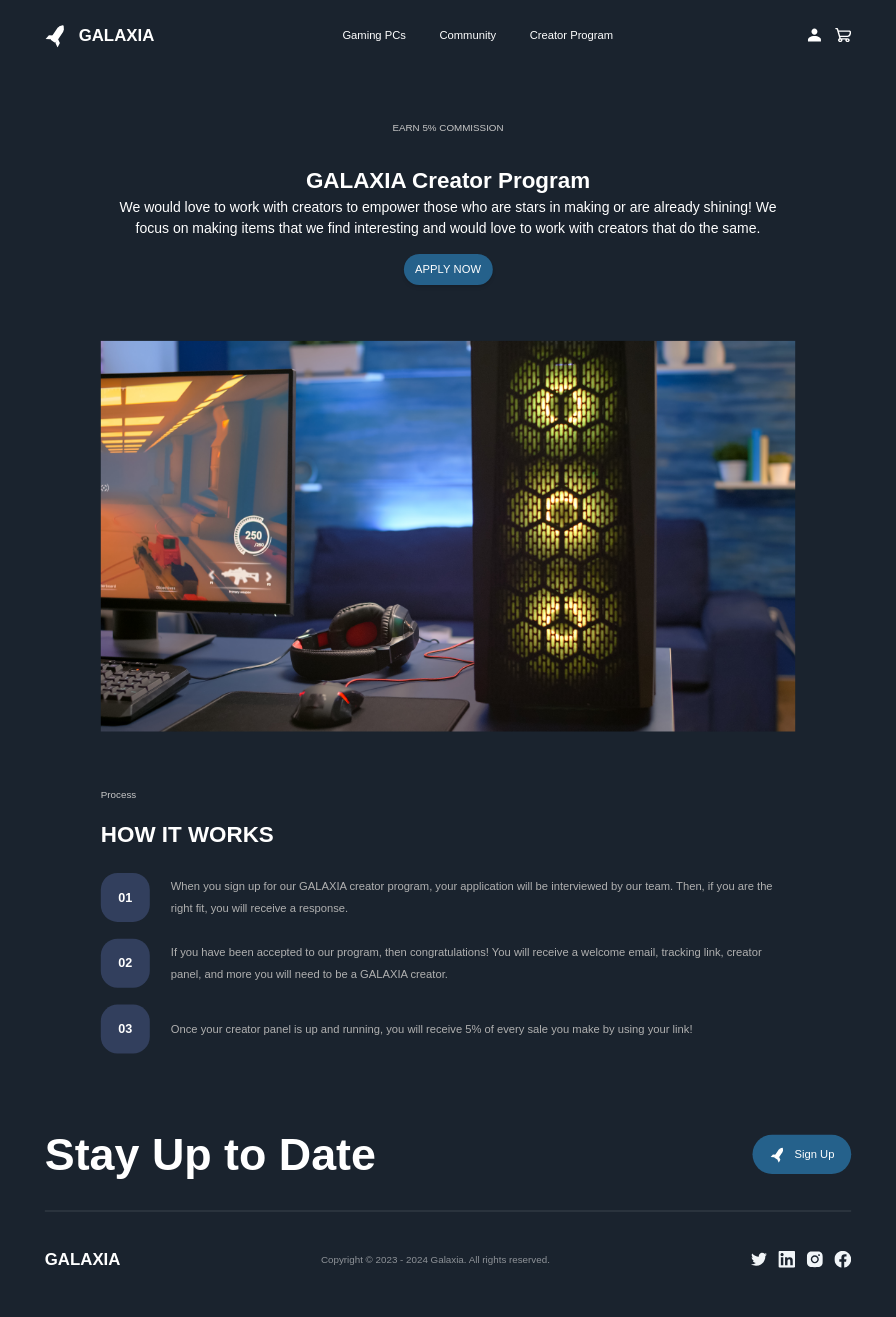
Repository: kaitlynlie/galaxia_pcs
Page: /creator
These files come from the project's save history. The page is drawn as it stood at one moment and after a run of saves; the edit follows.
The browser window is 1280 px wide. The pictures show the whole page, at 70% of full size.
Some web fonts or font styles are not loaded; a fallback is used. The project was rebuilt for these pictures with package versions that can differ from the ones it lists, and the page was loaded fresh each time. Also part of the build but not shown: vite.config.js, components/Button.jsx, components/PCcard.jsx, sections/Hero.jsx, sections/Triton.jsx, sections/Neptune.jsx, sections/Jupiter.jsx, sections/WhyUs.jsx and 7 more. Imported but missing from the stored project, and not drawn on this page: src/assets/video.mp4.

Above is the page before, as saved 2023-08-08 18:42:59.

### index.html
<!DOCTYPE html>
<html lang="en">
  <head>
    <meta charset="UTF-8" />
    <link rel="icon" type="image/svg+xml" href="/logo.svg" />
    <link rel="preconnect" href="https://stijndv.com" />
    <link rel="stylesheet" href="https://stijndv.com/fonts/Eudoxus-Sans.css" />
    <meta name="viewport" content="width=device-width, initial-scale=1.0" />
    <title>GALAXIA</title>
  </head>
  <body>
    <div id="root"></div>
    <script type="module" src="/src/main.jsx"></script>
  </body>
</html>

### src/main.jsx
import React from 'react'
import App from './App.jsx'
import ReactDOM from 'react-dom';
import { BrowserRouter } from 'react-router-dom';


ReactDOM.render(
  <BrowserRouter>
    <App />
  </BrowserRouter>,
  document.getElementById('root'),
);

### src/App.jsx
import Navbar from '../components/Navbar'
import Home from '../pages/Home'
import Community from '../pages/Community'
import Creator from '../pages/Creator'
import PCs from '../pages/PCs'
import { Route, Routes } from 'react-router-dom'
import React from 'react'
import '../styles/globals.css'

function App() {

  return (
    <>
    <div className='bg-primary-black overflow-hidden'>
      <Navbar />
      <Routes>
        <Route index path="/" element={<Home />} />
        <Route path="pc" element={<PCs />} />
        <Route path="community" element={<Community />} />
        <Route path="creator" element={<Creator />} />
      </Routes>
     </div>
    </>
  )
}

export default App

### components/Navbar.jsx
import { motion } from "framer-motion";
import styles from '../styles'
import { navVariants, textVariant } from '../utils/motion'
import { useState } from "react";
import { RiMenu3Line, RiCloseLine } from 'react-icons/ri';
import { Link } from 'react-router-dom'
import React from 'react'

const Navbar = () => {
  const [toggleMenu, setToggleMenu] = useState(false);

  const [nav, setNav] = useState(false);

  const openNav = () => {
    setNav(!nav);
  };

  return(
   <motion.nav
    variants={navVariants}
    initial="show"
    whileInView="show"
    viewport={{ once: false, amount: 0.25 }}
    className={`${styles.xPaddings} py-8 relative`}
  >
    <div className={`${styles.innerWidth} mx-auto flex justify-between gap-8 inline-block`}>
      <div className="flex flex-row gap-4">
        <img
          src='./logo.svg'
          alt='logo'
          />
          <Link onClick={openNav} to="/"><motion.h1 variants={textVariant(1.1)} className="flex text-white font-bold text-[24px]">
            <a>GALAXIA</a>
          </motion.h1></Link>
      </div>

      <ul className='flex justify-center items-center text-white max-[880px]:hidden block'>
        <Link onClick={openNav} to='/pc'><li className="mr-12"><a>Gaming PCs</a></li></Link>
        <Link onClick={openNav} to='/community'><li className="mr-12"><a>Community</a></li></Link>
        <Link onClick={openNav} to='/creator'><li><a>Creator Program</a></li></Link>
      </ul>

      <div className="relative ml-1 pointer max-[880px]:block hidden z-10">
        {toggleMenu
          ? <RiCloseLine color="#fff" size={27} onClick={() => setToggleMenu(false)} />
          : <RiMenu3Line color="#fff" size={27} onClick={() => setToggleMenu(true)} />}
        {toggleMenu && (
        <div className="flex justify-end items-end flex-col text-end bg-[#026884ce] p-3 absolute top-[40px] right-[10px] mt-1 rounded-[5px] shadow z-10">
          <div className="none">
            <ul className='flex justify-end items-end flex-col text-white text-end p-1'>
              <Link onClick={openNav} to='/pc'><li><a>Gaming PCs</a></li></Link>
              <Link onClick={openNav} to='/community'><li className="mt-2 pointer"><a>Community</a></li></Link>
              <Link onClick={openNav} to='/creator'><li className="mt-2 pointer"><a>Creator Program</a></li></Link>
            </ul>
          </div>
        </div>
        )}
        </div>

        <div className="flex flex-row gap-4 items-center max-[880px]:hidden block">
        <img
          src='./user.svg'
          alt='user'
        />
        <img
          src='./cart.svg'
          alt='cart'
        />
      </div>
      </div>

  </motion.nav>
  );
};

export default Navbar;

### pages/Creator.jsx
import React from 'react'
import { Footer } from '../components'
import Program from '../sections/Program'

const Creator = () => {
  return (
    <div className='bg-primary-black overflow-hidden'>
      <div className='relative'>
        <Program />
        <Footer />
      </div>
    </div>
  )
}

export default Creator

### styles/globals.css
@import "tailwindcss/base";

@import "tailwindcss/components";

@import "tailwindcss/utilities";

* {
  margin: 0;
  padding: 0;
  box-sizing: border-box;
  font-family: "Eudoxus Sans", sans-serif;
  scroll-behavior: smooth;
}

.gradient-01 {
  background-image: linear-gradient(
    270deg,
    hsl(295deg 76% 51%) 0%,
    hsl(284deg 70% 73%) 26%,
    hsl(257deg 70% 86%) 39%,
    hsl(202deg 92% 90%) 50%,
    hsl(215deg 77% 81%) 61%,
    hsl(221deg 73% 70%) 74%,
    hsl(220deg 76% 51%) 100%
  );
  filter: blur(125px);
}

.hero-gradient {
  background: linear-gradient(
    97.86deg,
    #a509ff 0%,
    #34acc7 53.65%,
    #a134c7 100%
  );
}

.gradient-02 {
  position: absolute;
  width: 200px;
  height: 438px;
  top: 0px;
  right: 0px;

  background: #7aebfb;
  filter: blur(190px);
}

.glassmorphism {
  background: rgba(255, 255, 255, 0.25);
  box-shadow: 0 8px 32px 0 rgba(31, 38, 135, 0.37);
  backdrop-filter: blur(4px);
  -webkit-backdrop-filter: blur(4px);
  border: 1px solid rgba(255, 255, 255, 0.18);
}

.gradient-03 {
  position: absolute;
  width: 404px;
  height: 800px;
  left: 20%;
  top: 5%;

  background: rgba(149, 66, 232, 0.35);
  filter: blur(175px);
  transform: rotate(-114.2deg);
}

.gradient-04 {
  position: absolute;
  width: 304px;
  height: 100vh;
  left: 30%;
  top: 10%;

  background: rgba(45, 72, 152, 0.75);
  filter: blur(200px);
  transform: rotate(-53.13deg);
}

.gradient-05 {
  background: linear-gradient(
    180deg,
    rgba(255, 255, 255, 0.04) 0%,
    rgba(255, 255, 255, 0) 100%
  );
}

.feedback-gradient {
  position: absolute;
  width: 200px;
  height: 316px;
  left: 0px;
  top: 0px;

  background: #8d39a3;
  filter: blur(175px);
}

.footer-gradient {
  position: absolute;
  width: 500px;
  height: 100px;
  left: 37%;
  bottom: 0;

  background: #65c4fa;
  filter: blur(150px);
}

.object {
  animation: MoveUpDown 4s linear infinite;
  position: relative;
  left: 0;
  bottom: 0;
}

@keyframes MoveUpDown {
  0%, 100% {
    bottom: 0;
  }
  50% {
    bottom: 100px;
  }
}

### styles/index.js
const styles = {
    innerWidth: '2xl:max-w-[1280px] w-full',
    interWidth: 'lg:w-[80%] w-[100%]',

    paddings: 'sm:p-16 xs:p-8 px-6 py-12',
    yPaddings: 'sm:py-16 xs:py-8 py-12',
    xPaddings: 'sm:px-16 px-6',
    topPaddings: 'sm:pt-16 xs:pt-8 pt-12',
    bottomPaddings: 'sm:pb-16 xs:pb-8 pb-12',

    flexCenter: 'flex justify-center items-center',
    flexStart: 'flex justify-start items-start',
    flexEnd: 'flex justify-end',
    navPadding: 'pt-[98px]',

    // hero section
    heroHeading:
        'font-bold lg:text-[144px] md:text-[100px] sm:text-[60px] text-[44px] lg:leading-[158.4px] md:leading-[114.4px] sm:leading-[74.4px] leading-[64.4px] uppercase text-white',
    heroDText:
        'md:w-[212px] sm:w-[80px] w-[60px] md:h-[108px] sm:h-[48px] h-[38px] md:border-[18px] border-[9px] rounded-r-[50px] border-white sm:mx-2 mx-[6px]',
  };

  export default styles;

### utils/motion.js
export const navVariants = {
  hidden: {
    opacity: 0,
    y: -50,
    transition: {
      type: 'spring',
      stiffness: 300,
      damping: 140,
    },
  },
  show: {
    opacity: 1,
    y: 0,
    transition: {
      type: 'spring',
      stiffness: 80,
      delay: 1,
    },
  },
};

export const slideIn = (direction, type, delay, duration) => ({
  hidden: {
    x: direction === 'left' ? '-100%' : direction === 'right' ? '100%' : 0,
    y: direction === 'up' ? '100%' : direction === 'down' ? '100%' : 0,
  },
  show: {
    x: 0,
    y: 0,
    transition: {
      type,
      delay,
      duration,
      ease: 'easeOut',
    },
  },
});

export const staggerContainer = (staggerChildren, delayChildren) => ({
  hidden: {},
  show: {
    transition: {
      staggerChildren,
      delayChildren,
    },
  },
});

export const textVariant = (delay) => ({
  hidden: {
    y: 50,
    opacity: 0,
  },
  show: {
    y: 0,
    opacity: 1,
    transition: {
      type: 'spring',
      duration: 1.25,
      delay,
    },
  },
});

export const textContainer = {
  hidden: {
    opacity: 0,
  },
  show: (i = 1) => ({
    opacity: 1,
    transition: { staggerChildren: 0.1, delayChildren: i * 0.1 },
  }),
};

export const textVariant2 = {
  hidden: {
    opacity: 0,
    y: 20,
  },
  show: {
    opacity: 1,
    y: 0,
    transition: {
      type: 'tween',
      ease: 'easeIn',
    },
  },
};

export const fadeIn = (direction, type, delay, duration) => ({
  hidden: {
    x: direction === 'left' ? 100 : direction === 'right' ? -100 : 0,
    y: direction === 'up' ? 100 : direction === 'down' ? -100 : 0,
    opacity: 0,
  },
  show: {
    x: 0,
    y: 0,
    opacity: 1,
    transition: {
      type,
      delay,
      duration,
      ease: 'easeOut',
    },
  },
});

export const planetVariants = (direction) => ({
  hidden: {
    x: direction === 'left' ? '-100%' : '100%',
    rotate: 120,
  },
  show: {
    x: 0,
    rotate: 0,
    transition: {
      type: 'spring',
      duration: 1.8,
      delay: 0.5,
    },
  },
});

export const zoomIn = (delay, duration) => ({
  hidden: {
    scale: 0,
    opacity: 0,
  },
  show: {
    scale: 1,
    opacity: 1,
    transition: {
      type: 'tween',
      delay,
      duration,
      ease: 'easeOut',
    },
  },
});

export const footerVariants = {
  hidden: {
    opacity: 0,
    y: 50,
    transition: {
      type: 'spring',
      stiffness: 300,
      damping: 140,
    },
  },
  show: {
    opacity: 1,
    y: 0,
    transition: {
      type: 'spring',
      stiffness: 80,
      delay: 0.5,
    },
  },
};

### components/index.js
import Navbar from './Navbar';
import { TypingText, TitleText } from './CustomTexts';
import PCcard from './PCcard';
import WhyFeatures from './WhyFeatures';
import Footer from './Footer';
import Button from './Button';

export {
  Navbar,
  TitleText,
  TypingText,
  WhyFeatures,
  PCcard,
  Footer,
  Button,
};

### sections/Program.jsx
import React from 'react'
import { motion } from 'framer-motion'
import { Button, TypingText, WhyFeatures, TitleText } from '../components'
import styles from '../styles'
import { creators } from '../constants'

const Program = () => {
  return (
    <section className={`${styles.xPaddings} relative z-10 py-8 flex flex-col justify-center items-center mt-10`}>
      <div className={`${styles.innerWidth} md:px-[100px] mb-0 items-center flex-col flex justify-center`}>
          <TypingText title='EARN 5% COMMISSION' textStyles='text-center' />
          <div className="font-normal text-center text-secondary-white mt-10 flex-col flex flex-center items-center justify-center">
              <span className="font-extrabold text-white sm:text-[32px] text-[20px]">GALAXIA Creator Program</span>
              <p className="text-[20px] text-white">We would love to work with creators to empower those who are stars in making or are already shining! We focus on making items that we find interesting and would love to work with creators that do the same.</p>
            <button
                type="button"
                className="flex w-[127px] h-[44px] mt-[22px] items-center justify-center gap-[12px] bg-[#25618B] text-white text-[16px] rounded-[32px] pointer tracking-[0.08px] shrink-0 shadow-md transition-transform duration-300 hover:scale-105 hover:shadow-lg"
                >APPLY NOW
            </button>
        </div>
        </div>

        <div
          className="flex justify-center items-center flex-col mt-20 max-[549px]:px-0 px-20 relative">
            <img
                src='/creator.jpg'
                alt='creator'
            />
            <div className='mt-20'>
                <TypingText title="Process" />
                <TitleText title={<>HOW IT WORKS</>} />
                <div className="mt-[31px] flex flex-wrap items-center gap-[24px]">
                {creators.map((feature) => (
                <WhyFeatures key={feature.subtitle} {...feature} />
                ))}
            </div>
        </div>
        </div>
    </section>
  )
}

export default Program

### components/CustomTexts.jsx
'use client';

import { motion } from "framer-motion";
import { textContainer, textVariant2 } from '../utils/motion'

export const TypingText = ({ title, textStyles}) => (
  <motion.p
    variants={textContainer}
    className={`font-normal text-[14px] text-secondary-white ${textStyles}`}
  >
    {Array.from(title).map((letter, index) => (
      <motion.span variants={textVariant2} key={index}>
        {letter === ' ' ? '\u00A0' : letter}
      </motion.span>
    ))}
  </motion.p>
);

export const TitleText = ({ title, textStyles}) => (
  <motion.h2
    variants={textVariant2}
    initial='hidden'
    whileInView='show'
    className={`mt-[22px] font-bold text-[32px] text-white ${textStyles}`}>
      {title}
  </motion.h2>
);

### components/WhyFeatures.jsx
import styles from "../styles";

const WhyFeatures = ({ number, subtitle
}) => (
  <div className={`${styles.flexCenter} flex-row`}>
    <div className={`${styles.flexCenter} w-[70px] h-[70px] rounded-[24px] bg-[#323f5d]`}>
      <p className="font-bold text-[18px] text-white">0{number}</p>
    </div>
    <p className="flex-1 ml-[30px] font-normal text-[16px] text-[#B0B0B0] leading-[32px]">{subtitle}</p>
  </div>
);

export default WhyFeatures;

### components/Footer.jsx
'use client';
import { motion } from "framer-motion";
import { socials } from "../constants";
import styles from "../styles";
import { footerVariants } from "../utils/motion";

const Footer = () => (
  <motion.footer
    variants={footerVariants}
    initial='show'
    whileInView='show'
    viewport={{ once: true, amount: 0.25 }}
    className={`${styles.paddings} py-8 relative`}>
    {/* <div className="footer-gradient" /> */}
    <div className={`${styles.innerWidth} mx-auto flex flex-col gap-8`}>
      <div className="flex items-center sm:justify-between flex-wrap gap-5">
        <h4 className="font-bold md:text-[64px] text-[44px] text-white">Stay Up to Date</h4>
        <button type="button" className="flex items-center h-fit py-4 px-6 bg-[#25618b] rounded-[32px] gap-[12px]">
          <img src='/logo.svg' alt='logo' className="w-[24px] h-[24px] object-contains"/>
          <span className="font-normal text-[16px] text-white">Sign Up</span>
        </button>
      </div>

      <div className="flex flex-col">
        <div className="mb-[50px] h-[2px] bg-white opacity-10"/>
        <div className="flex items-center justify-between flex-wrap gap-4">
          <h4 className="font-extrabold text-[24px] text-white">GALAXIA</h4>
          <p className="font-normal text-[14px] text-white opacity-50">
          Copyright © 2023 - 2024 Galaxia. All rights reserved.
          </p>
          <div className="flex gap-4">
            {socials.map((social) => (
              <img
                key={social.name}
                src={social.url}
                alt={social.name}
                className="w-[24px] h-[24px] object-contain cursor-pointer" />
            ))}
          </div>
        </div>
      </div>
    </div>
  </motion.footer>
);

export default Footer;

### constants/index.js
export const neptuneSet = [
  {
    imgUrl: '/pc3.png',
    title: 'THALASSA',
    price: '$1,099.99 USD',
    xprice: '$1,299.99 USD',
  },
  {
    imgUrl: '/pc2.png',
    title: 'NEREID',
    price: '$1,399.99 USD',
    xprice: '$1,699.99 USD',
  },
  {
    imgUrl: '/pc1.png',
    title: 'TRITON',
    price: '$1,599.99 USD',
    xprice: '$1,999.99 USD'
  }
];

export const jupiterSet = [
  {
    imgUrl: '/pc4.png',
    title: 'EUROPA',
    price: '$2,499.99 USD',
    xprice: '$2,699.99 USD',
  },
  {
    imgUrl: '/pc5.png',
    title: 'CALLISTO',
    price: '$2,599.99 USD',
    xprice: '$2,799.99 USD',
  },
  {
    imgUrl: '/pc6.png',
    title: 'GANYMEDE',
    price: '$2,799.99 USD',
    xprice: '$2,999.99 USD'
  }
]

export const whyUs = [
  {
    number: 1,
    subtitle: 'Built with the highest quality of materials, Galaxia hand builds and ships worldwide, delivering with a white glove service.'
  },
  {
    number: 2,
    subtitle: 'We offer a 1 year full parts and labor warranty in case anything happens, so you can spend your time having fun instead fo worrying.'
  },
  {
    number: 3,
    subtitle: 'We are not lying when we say we have the highest performing PCs in the galaxy, with quality parts and expert craftmanship for the best experience.'
  }
]

export const creators = [
  {
    number: 1,
    subtitle: 'When you sign up for our GALAXIA creator program, your application will be interviewed by our team. Then, if you are the right fit, you will receive a response.'
  },
  {
    number: 2,
    subtitle: 'If you have been accepted to our program, then congratulations! You will receive a welcome email, tracking link, creator panel, and more you will need to be a GALAXIA creator.'
  },
  {
    number: 3,
    subtitle: 'Once your creator panel is up and running, you will receive 5% of every sale you make by using your link!'
  }
]

export const socials = [
  {
    name: 'twitter',
    url: '/twitter.svg',
  },
  {
    name: 'linkedin',
    url: '/linkedin.svg',
  },
  {
    name: 'instagram',
    url: '/instagram.svg',
  },
  {
    name: 'facebook',
    url: '/facebook.svg',
  },
];

### tailwind.config.js
/** @type {import('tailwindcss').Config} */
module.exports = {
  content: [
    "./src/**/*.{html,js,jsx}",
    './pages/**/*.{html,js,jsx}',
    './components/**/*.{html,js,jsx}',
    './sections/**/*.{html,js,jsx}',
    './styles/**/*.{js,jsx}',
  ],
  mode: 'jit',
  theme: {
    extend: {
      colors: {
        'primary-black': '#1A232E',
        'secondary-white': '#c7c7c7',
      },
      transitionTimingFunction: {
        'out-flex': 'cubic-bezier(0.05, 0.6, 0.4, 0.9)',
      },
    },
  },
  plugins: [],
};

After the next 4 saves:
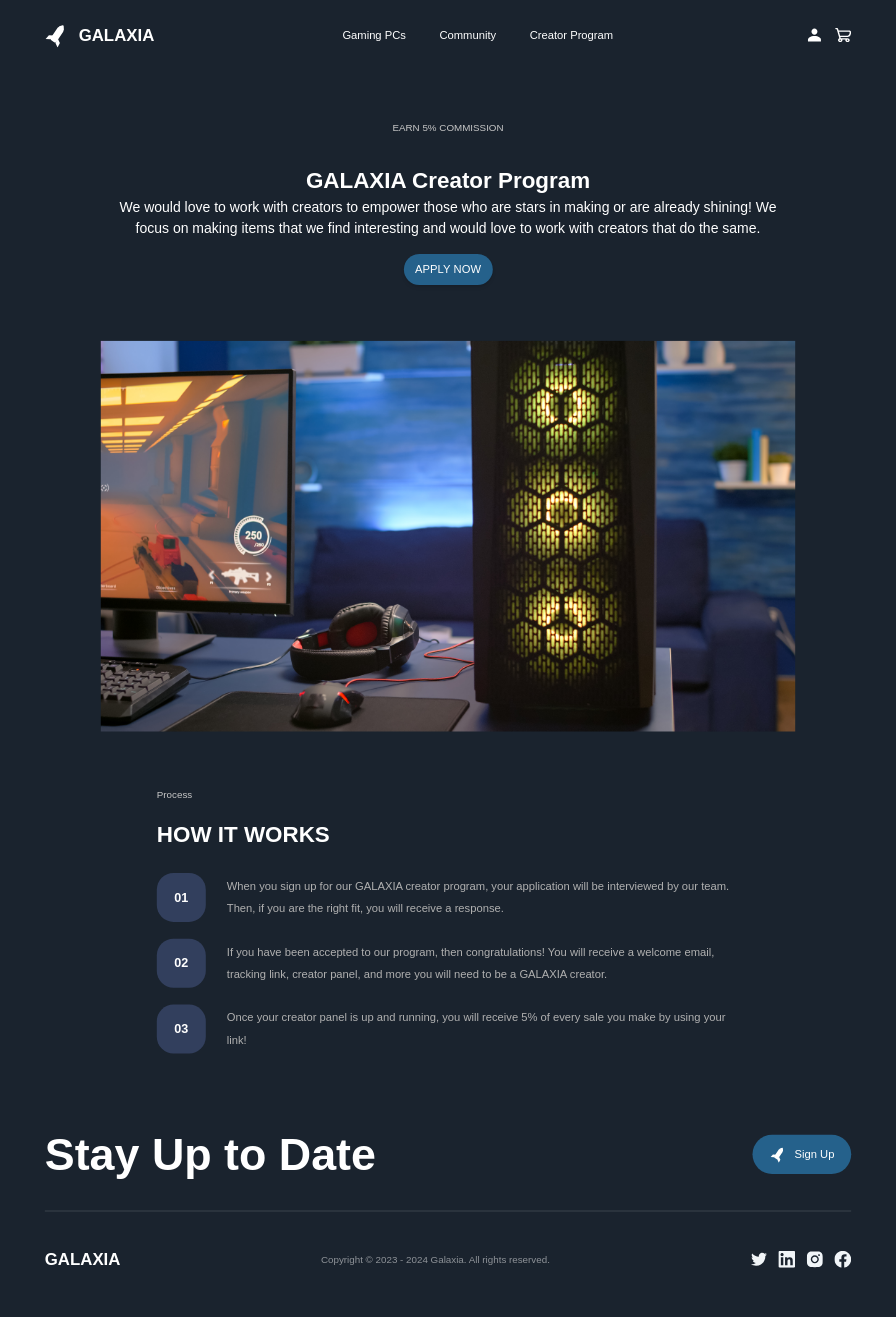
The 4 saves are shown as one change because they came seconds apart.
The last was saved 100 s later.
--- a/sections/Program.jsx
+++ b/sections/Program.jsx
@@ -26,7 +26,7 @@
                 src='/creator.jpg'
                 alt='creator'
             />
-            <div className='mt-20'>
+            <div className='mt-20 px-20'>
                 <TypingText title="Process" />
                 <TitleText title={<>HOW IT WORKS</>} />
                 <div className="mt-[31px] flex flex-wrap items-center gap-[24px]">
